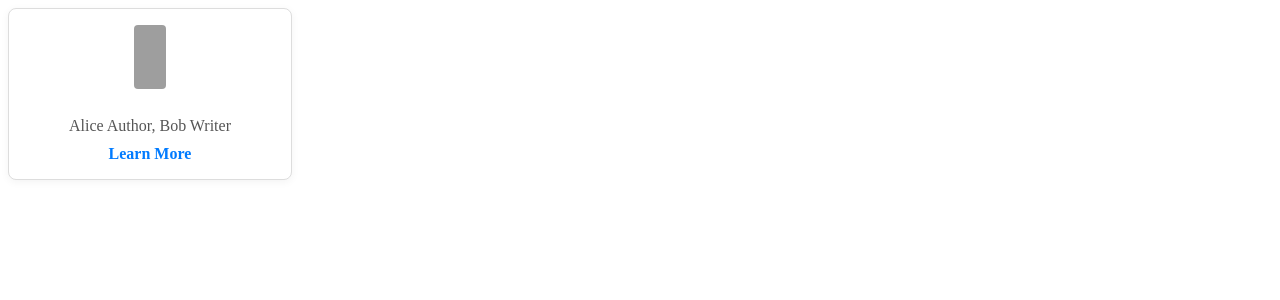
Repository: Micaelavalmores/BookCatalog
Page: /
The author's editor kept a copy of each file at every save. The page is drawn from the files as they stood at one save, then again after the next save.
The browser window is 1280 px wide. The pictures show the whole page.
Pictures or frames that could not be fetched are drawn as grey boxes. The project was rebuilt for these pictures with package versions that can differ from the ones it lists, and the page was loaded fresh each time. Also part of the build but not shown: vite.config.js, src/index.css.

Above is the page before, as saved 2025-09-16 22:48:03.

### index.html
<!doctype html>
<html lang="en">
  <head>
    <meta charset="UTF-8" />
    <meta name="viewport" content="width=device-width, initial-scale=1.0" />
    <title>Book Catalog</title>
  </head>
  <body>
    <div id="root"></div>
    <script type="module" src="/src/main.jsx"></script>
  </body>
</html>

### src/main.jsx
import React from 'react';
import { createRoot } from 'react-dom/client';
import './index.css';
import Book from './assets/book.jsx';

const root = createRoot(document.getElementById("root"));

root.render(
  <React.StrictMode>
    <Book
      image="https://img.freepik.com/free-vector/stack-colorful-books_1308-171744.jpg?semt=ais_incoming&w=740&q=80"
      authors="Alice Author, Bob Writer"
      link="https://example.com/book-info"
    />
  </React.StrictMode>
);

### src/assets/book.jsx

import React from "react";
import "./book.css";

const book = ({ image, title, authors, link }) => (
  <div className="book-container">
    <img className="book-image" src={image} alt={title} />
    <div className="book-info">
      <h2 className="book-title">{title}</h2>
      <p className="book-authors">{authors}</p>
      <a className="book-link" href={link} target="_blank" rel="noopener noreferrer">
        Learn More
      </a>
    </div>
  </div>
);

export default book;

### src/assets/book.css
.book-container {
    max-width: 250px;
    border: 1px solid #ddd;
    border-radius: 8px;
    padding: 16px;
    display: flex;
    flex-direction: column;
    align-items: center;
    background: #fff;
    box-shadow: 0 2px 8px rgba(0,0,0,0.05);
  }

  .book-image {
    width: 2em;
    height: 4em;
    object-fit: cover;
    margin-bottom: 12px;
    border-radius: 4px;
  }

  .book-info {
    width: 100%;
    text-align: center;
  }

  .book-title {
    font-size: 18px;
    margin: 8px 0 4px;
  }

  .book-authors {
    color: #555;
    margin-bottom: 10px;
  }

  .book-link {
    display: inline-block;
    color: #007bff;
    text-decoration: none;
    font-weight: bold;
    transition: color 0.2s;
  }

  .book-link:hover {
    color: #0056b3;
  }

After the next save:
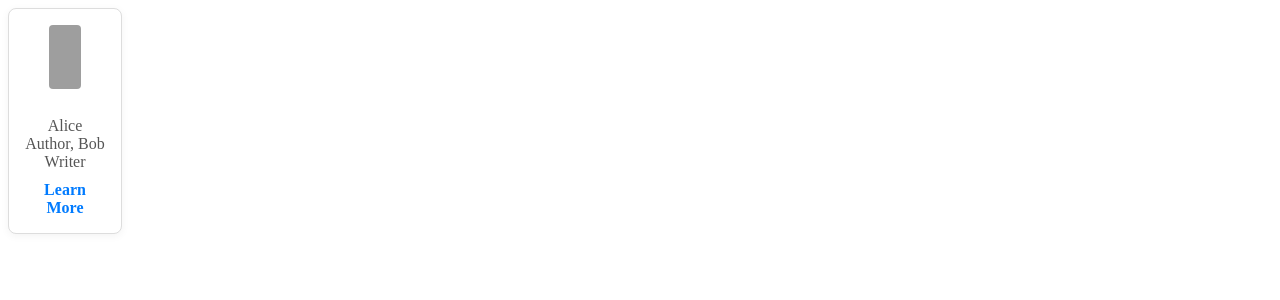
Saved 9 s later.
--- a/src/assets/book.css
+++ b/src/assets/book.css
@@ -1,5 +1,5 @@
 .book-container {
-    max-width: 250px;
+    max-width: 5em;
     border: 1px solid #ddd;
     border-radius: 8px;
     padding: 16px;
